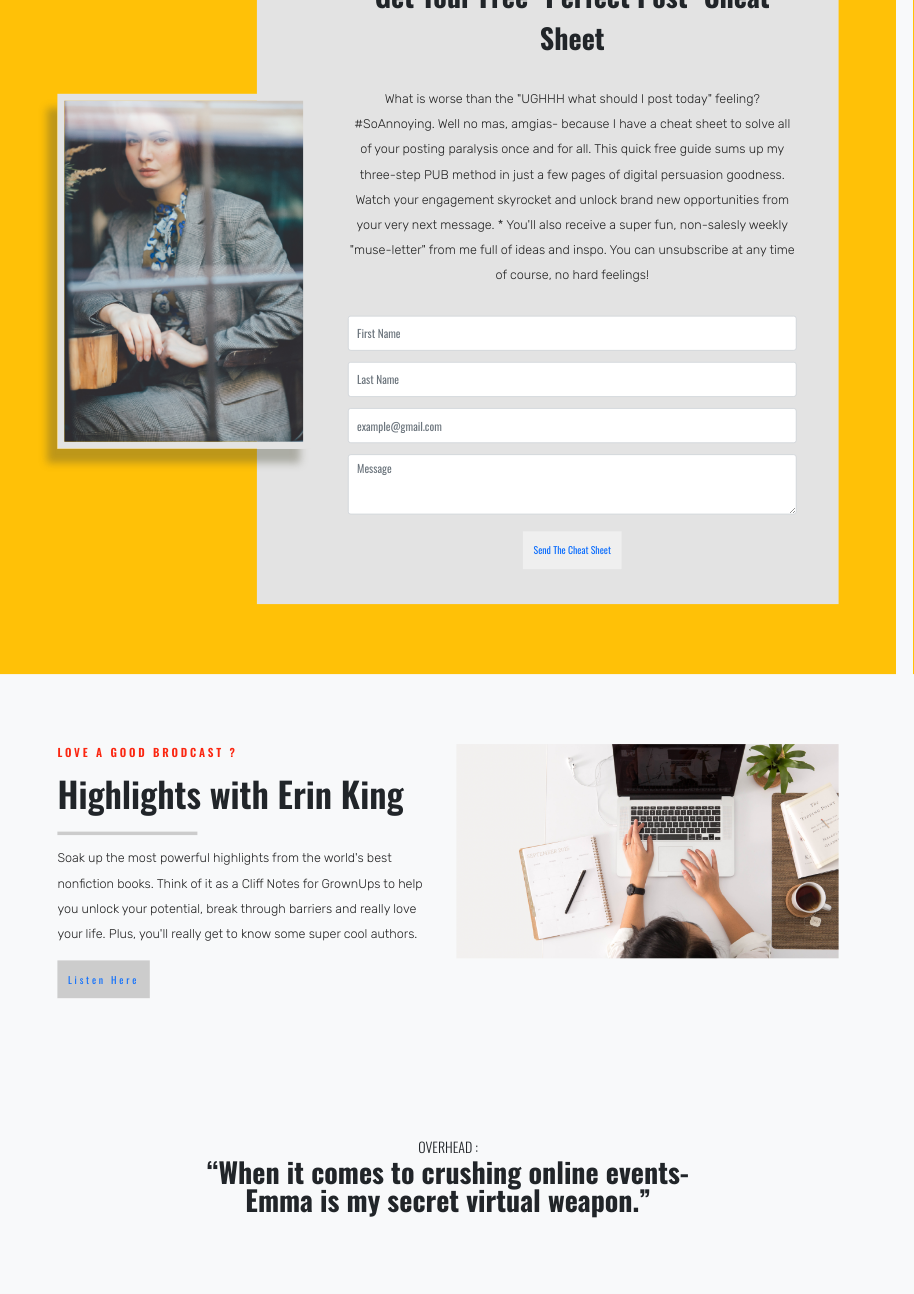
Repository: poroshrahman40/emma-watson-portfolio
Page: index.html
An editor plug-in stored every save of this project. The page is shown before and after a run of saves, followed by the edit.
The browser window is 1280 px wide. The page is 1305 px wide, so the pictures cover 1305 px, including what lies to the right of the window. The pictures show the part of the page from y = 4580 to 6460 px (the page is 6428 px tall before and 6460 px after), at 70% of full size.
Some web fonts or font styles are not loaded; a fallback is used.

Above is the page before, as saved 2021-12-08 02:06:23.

### index.html

<!DOCTYPE html>
<html lang="en">
    <head>

        <meta charset="UTF-8">
        <meta name="viewport" content="width=device-width, initial-scale=1, shrink-to-fit=no">
        <title>Document</title>

        <!-- favicon -->
        <link rel="shortcut icon" type="image/hair-specialist-fav-icon" href="#">
        <!-- animate.min - css -->
        <link rel="stylesheet" href="assets/css/animate.css">
        <!-- animate - css -->
        <link rel="stylesheet" href="assets/css/animate.min.css">
        <!-- owl.carousel.min - css -->
        <link rel="stylesheet" href="assets/css/owl.carousel.min.css">
        <!-- owl.theme.default.min - css -->
        <link rel="stylesheet" href="assets/css/owl.theme.default.min.css">
        <!-- font-awesome all.css -->
        <link rel="stylesheet" href="assets/css/fontawesome-all.css">
        <!-- boxicons.css -->
        <link rel='stylesheet' href="assets/css/boxicons.min.css">
        <link href='https://unpkg.com/boxicons@2.1.1/css/boxicons.min.css' rel='stylesheet'>
        <!-- bootstrap.min - css -->
        <link rel="stylesheet" href="assets/css/bootstrap.min.css">
        <!-- silk-css -->
        <link rel="stylesheet" href="assets/css/slick.css">
        <!-- slick-theme.css -->
        <link rel="stylesheet" href="assets/css/slick-theme.css">
        <!-- main - css -->
        <link rel="stylesheet" href="assets/css/style.css">
        <!-- responsive - css -->
        <link rel="stylesheet" href="assets/css/responsive.css">

    </head>

    <body>
    <!-- preloader start -->
    <!-- <div id="preloader"></div> -->
    <!-- preloader end -->

    <!-- header -start
    ================================== -->
    <header class="ew-main">
        <div class="ew__main__content">
            <div class="ew__nav">
                <div class="ew__logo__div">
                    <a href="https://ow-en.com" title="" class="nav__link ew__snlogo">
                    <img class="logo w-100" src="assets/image/logo-gif.gif" alt="logo-not-found"></a>
                </div>
                <div class="container">
                    <div class="mobile__toggle" ontouchstart="">
                        <div class="mobile__toggle__container">
                            <div class="mobile__open">
                            </div>
                            <div class="mobile__close"></div>
                        </div>
                    </div>
                    <div id="mob__menu" class="nav__mobile__container nav__mobile__container__default">
                        <div class="container-fluid">
                            <div class="row center">
                                <div class="col col__sm">
                                    <ul class="nav__list">
                                        <li class="nav__list-1">
                                            <a class="nav__link nav__link__selected nav__list__link" href="#">Home</a>
                                        </li>
                                        <li class="nav__list-2">
                                            <a class="nav__link nav__list__link" href="#">Books</a>
                                        </li>
                                        <li class="nav__list-3">
                                            <a class="nav__link nav__list__link" href="#">Info.</a>
                                        </li>
                                        <li class="nav__list-4">
                                            <a class="nav__link nav__list__link" href="#">Course</a>
                                            <!-- nav__link__selected -->
                                        </li>
                                    </ul>
                                </div>
                                <div class="col col__sm">
                                    <ul class="nav__list nav__list__rightaligned">
                                        <li class="nav__list-5">
                                            <a class="nav__link nav__list__link" href="#">Keyword</a>
                                        </li>
                                        <li class="nav__list-6">
                                            <a class="nav__link nav__list__link" href="#">Brodcast</a>
                                        </li>
                                        <li class="nav__list-7">
                                            <a class="nav__link nav__list__link" href="#">Contact</a>
                                        </li>
                                        <li class="nav__list-8">
                                            <a class="nav__link nav__list__link" href="#">Blog</a>
                                        </li>
                                    </ul>
                                </div>
                            </div>
                        </div>
                    </div>
                </div>
            </div>
            <!-- <div class="content">
                <h1>A very simple responsive menu with the logo in the middle</h1>
              <h2>Feel free to use this menu however you'd like. No need to give credit. However, please <strong><a href="https://ow-en.com">consider hiring me :)</strong></h2>
            </div> -->
        </div>
    </header>
    <!-- Banner section - start
    ================================ -->


        <div id="ew-banner" class="ew-banner">
            <div class="container">
                <div class="row">
                    <div class="col-lg-12 offset-1">
                        <div class="ew-hero-image">
                            <img src="assets/image/hero-image.png" alt="hero-image">
                        </div>
                        <div class="ew-hero-right-content">
                            <span> Hey,There</span>
                            <h4>Lorem ipsum, dolor sit amet consectetur adipisicing elit. Similique, aut.</h4>
                            <div class="ew-link d-flex mt-4">
                                <i class='bx bx-link fa-2x me-2'></i><a href="#"><p>See my motivational speach.You're Kind of a Big Deal: Level Up by Unlocking Your Audacity.</p></a>
                            </div>
                            <div class="ew-link d-flex">
                                <i class='bx bx-link fa-2x me-2'></i><a href="#"><p>See my motivational speach.You're Kind of a Big Deal: Level Up by Unlocking Your Audacity.</p></a>
                            </div>
                            <div class="ew-link d-flex mb-4">
                                <i class='bx bx-link fa-2x me-2'></i><a href="#"><p>See my motivational speach.You're Kind of a Big Deal: Level Up by Unlocking Your Audacity.</p></a>
                            </div>
                            <div class="ew-hero-right-btn">
                                <a href="#">See More About Me</a>
                            </div>
                        </div>
                    </div>
                </div>
            </div>
        </div>


<!-- Banner section - End
================================ -->

<!-- virtual-presentations - start
======================================== -->
    <section id="ew-virtual-presentation">
        <div class="container-fuild">
            <div class="row">
                <div class="col-lg-12 text-center">
                    <div class="ew-vairtul-content">
                        <h2 class="mb-40">Live and Virtual Presentations <br> That Rock </h2>
                        <p class="">Whether we're talking about the pulsing energy of a packed convention center or a virtual gathering, Erin will delight and wow your attendees with one of her two signature keynotes:&nbsp;<br><br>SALES/LEADERSHIP: Digital Persuasion- Ignite Your Influence&nbsp;<br>SUCCESS MINDSET: Big Deal Energy- Unlock Your Audacity&nbsp;<br><br>Both high-energy, motivational and story-packed with a clear takeaway method to be applied for immediate impact and tangible results.&nbsp;<br></p>
                        <div class="ew-virtual-btn mb-4">
                            <button><a href="#">View Emma's Fun Sizzel Reel</a></button>
                        </div>
                        <div class="ew-virtual-btn">
                            <button><a href="#">View Emma watson's RAW just The steak Speaking Reel</a></button>
                        </div>

                    </div>
                </div>
            </div>
        </div>
    </section>

<!-- virtual-presentations - End
========================================== -->

<!-- virtual keynotes - start
======================================== -->

<section id="ew-virtual-keynotes">
    <div class="container">
        <div class="row">
            <div class="col-lg-6">
                <div class="ew-virtual-vedio">
                    <img src="assets/image/keynotes-image.png" alt="keynotes-image">
                    <div class="keynotes-overlay ew-icon-position">
                        <a href="#"><i class='bx bx-play fa-2x' style='color:#e0e0e0'></i></a>
                    </div>
                </div>
            </div>
            <div class="col-lg-6 d-flex align-items-center">
                <div class="ew-keynotes-content ew-cm-span">
                    <span>Lorem ipsum dolor sit amet</span>
                    <h1>Lorem ipsum dolor sit amet consectetur Lorem ipsum dolor sit amet consectetur.</h1>
                    <p>Whether we're talking about your executive leadership team, your sales force, your internal marketing mavens or your entire organization- let's energize and inspire them to show up big. Because, let's be real, we all need to up our game these days to not just survive, but THRIVE.</p>
                    <button class="ew-keynotes-btn">
                        <a href="#">Describe More Now</a>
                    </button>
                </div>
            </div>
        </div>
    </div>
</section>

<!-- virtual keynotes - End
======================================== -->

<!-- Treat yourself - Start
======================================= -->
<section id="ew-treat-yourself">
    <div class="container">
        <div class="ew-img-row">
            <div class="row">
                <div class="col-lg-4 col-md-4 col-sm-12">
                    <img src="assets/image/treat-yourself.png" alt="treat-image">
                </div>
                <div class="col-lg-4 col-md-4 col-sm-12">
                    <img src="assets/image/treat-yourself-2.png" alt="treat-image">
                </div>
                <div class="col-lg-4 col-md-4 col-sm-12">
                    <img src="assets/image/treat-yourself-3.png" alt="treat-image">
                </div>
            </div>
        </div>
    </div>
    <div class="container-fuild">
        <div class="ew-treat-content">
            <div class="row">
                <div class="col-lg-12 text-center">
                    <div class="ew-treat-details">
                        <span>Lorem ipsum dolor sit amet consectetur <br> adipisicing elit. Nulla.</span>
                        <h1 class="mb-40">YES, TAKE ME FOR A SPA DAY <br> Treat Yourself to The Social Media Spa</h1>
                        <p class="se-t sie-spa_4-text st-m-paragraph st-d-paragraph se-rc">If you're a direct seller, entrepreneur or a professional looking to use social media more strategically, get ready to clarify your brand, detox your approach and refresh your messaging for massive impact. Never "not know what to type".If you're a direct seller, entrepreneur or a professional looking to use social media more strategically, get ready to clarify your brand, detox your approach and refresh your messaging for massive impact. Never "not know what to type" <i>ever</i> again.&nbsp;</p>
                        <div class="ew-treat-btn mb-4">
                            <button><a href="#">View Emma's Fun Sizzel Reel</a></button>
                        </div>
                    </div>
                </div>
            </div>
        </div>
    </div>
</section>


<!-- Treat yourself - End
========================================= -->
<!-- Cheat Sheet - start
======================================== -->

<section id="ew-get-cheat-sheet">
    <div class="container">
        <div class="row">
            <div class="col-lg-3 d-flex align-items-center justify-content-end">
                <div class="ew-cheat-sheet-image">
                    <img src="assets/image/cheet-seet-side-image.png" alt="image-not-found">
                </div>
            </div>
            <div class="col-lg-9 text-center">
                <div class="ew-cheat-sheet-card">
                    <div class="ew-offer-title mb-40">
                        <h1>Get Your Free "Perfect Post" Cheat Sheet</h1>
                    </div>
                    <p>What is worse than the "UGHHH what should I post today" feeling? #SoAnnoying. Well no mas, amgias- because I have a cheat sheet to solve all of your posting paralysis once and for all. This quick free guide sums up my three-step PUB method in just a few pages of digital persuasion goodness.
Watch your engagement skyrocket and unlock brand new opportunities from your very next message.
* You'll also receive a super fun, non-salesly weekly "muse-letter" from me full of ideas and inspo. You can unsubscribe at any time of course, no hard feelings! </p>

                    <div class="ew-cheet-seet-form text-start mt-40">
                        <div class="mb-3">
                            <!-- <label for="exampleFormControlInput1" class="form-label">First Name</label> -->
                            <input type="name" class="form-control" id="exampleFormControlInput1" placeholder="First Name">
                        </div>
                        <div class="mb-3">
                            <!-- <label for="exampleFormControlInput1" class="form-label">Last Name</label> -->
                            <input type="name" class="form-control" id="exampleFormControlInput1" placeholder="Last Name">
                        </div>
                        <div class="mb-3">
                            <!-- <label for="exampleFormControlInput1" class="form-label">Last Name</label> -->
                            <input type="email" class="form-control" id="exampleFormControlInput1" placeholder="example@gmail.com">
                        </div>
                        <div class="mb-3">
                            <!-- <label for="exampleFormControlTextarea1" class="form-label">Example textarea</label> -->
                            <textarea type="text" class="form-control" id="exampleFormControlTextarea1" placeholder="Message" rows="3"></textarea>
                        </div>
                        <div class="mt-4 text-center">
                            <button class="ew-cheat-sheet-btn">
                                <a href="#">Send The Cheat Sheet</a>
                            </button>
                        </div>
                    </div>
                </div>
            </div>
        </div>
    </div>

</section>

<!-- Cheat Sheet - end
======================================== -->
<!-- Good Podcast - Start
====================================== -->
<section>
    <div class="container">
        <div class="row">
            <div class="col-lg-6 col-md-6 col-sm-12">
                <div class="ew-podcast-content ew-cm-span">
                    <span>Love a good Brodcast ?</span>
                    <h1>Highlights with Erin King</h1>
                    <p>Soak up the most powerful highlights from the world's best nonfiction books. Think of it as a Cliff Notes for GrownUps to help you unlock your potential, break through barriers and really love your life. Plus, you'll really get to know some super cool authors. </p>
                </div>
                <button class="ew-podcast-btn">
                    <a href="#">Listen Here</a>
                </button>
            </div>
            <div class="col-lg-6 col-md-6 col-sm-12">
                <img src="assets/image/highlight-image.png" alt="highlight-image">
            </div>
        </div>
    </div>
</section>


<!-- Good Podcast - End
====================================== -->

<!-- Simple quotes - Start
====================================== -->
<section id="ew-quotes">
    <div class="container">
        <div class="col-lg-12">
            <div class="ew-quotes-items text-center justify-content-center">
                <span>overhead :</span>
                <h1>“When it comes to crushing online events-
                    Emma is my secret virtual weapon.”</h1>
            </div>
        </div>
    </div>
</section>

<!-- Simple quotes - End
====================================== -->

    <!-- footer section - Start
    ============================== -->




    <!-- Footer section - End
    ============================= -->



    <!-- jquery-3.5.0.min - js -->
    <script src="assets/js/jquery-3.5.0.min.js"></script>
    <!-- .magnific-popup -->
    <script src="assets/js/jquery.magnific-popup.min.js"></script>
    <!-- bootstrap.min - js -->
    <script src="assets/js/bootstrap.min.js"></script>
    <!-- bootstrap - bundle min.js -->
    <script src="assets/js/bootstrap.bundle.min.js"></script>
    <!-- bootstrap - bundl.js -->
    <script src="assets/js/bootstrap.bundle.js"></script>
    <!-- boxicons - js -->
    <script src="assets/js/boxicons.js"></script>
    <!-- popper.min - js -->
    <script src="assets/js/popper.min.js"></script>
    <!-- owl.carousel.min - js -->
    <script src="assets/js/owl.carousel.min.js"></script>
    <!-- wow.min - js -->
    <script src="assets/js/wow.min.js"></script>
    <!-- silk - js -->
    <script src="assets/js/slick.min.js"></script>
    <!-- main - js -->
    <script src="assets/js/main.js"></script>

</body>
</html>

Loaded but not shown: assets/css/animate.css (library); assets/css/animate.min.css (library); assets/css/owl.carousel.min.css (library); assets/css/owl.theme.default.min.css (common file); assets/css/fontawesome-all.css (library); assets/css/bootstrap.min.css (library); assets/css/slick.css (common file); assets/css/slick-theme.css (library); assets/js/jquery-3.5.0.min.js (library); assets/js/jquery.magnific-popup.min.js (library); assets/js/bootstrap.min.js (library); assets/js/bootstrap.bundle.min.js (library); assets/js/bootstrap.bundle.js (library); assets/js/popper.min.js (library); assets/js/owl.carousel.min.js (library); assets/js/wow.min.js (library); assets/js/slick.min.js (library); assets/js/main.js (14 lines, source omitted); assets/css/responsive.css (904 lines, source omitted); assets/css/style.css (685 lines, source omitted)

After the next 4 saves:
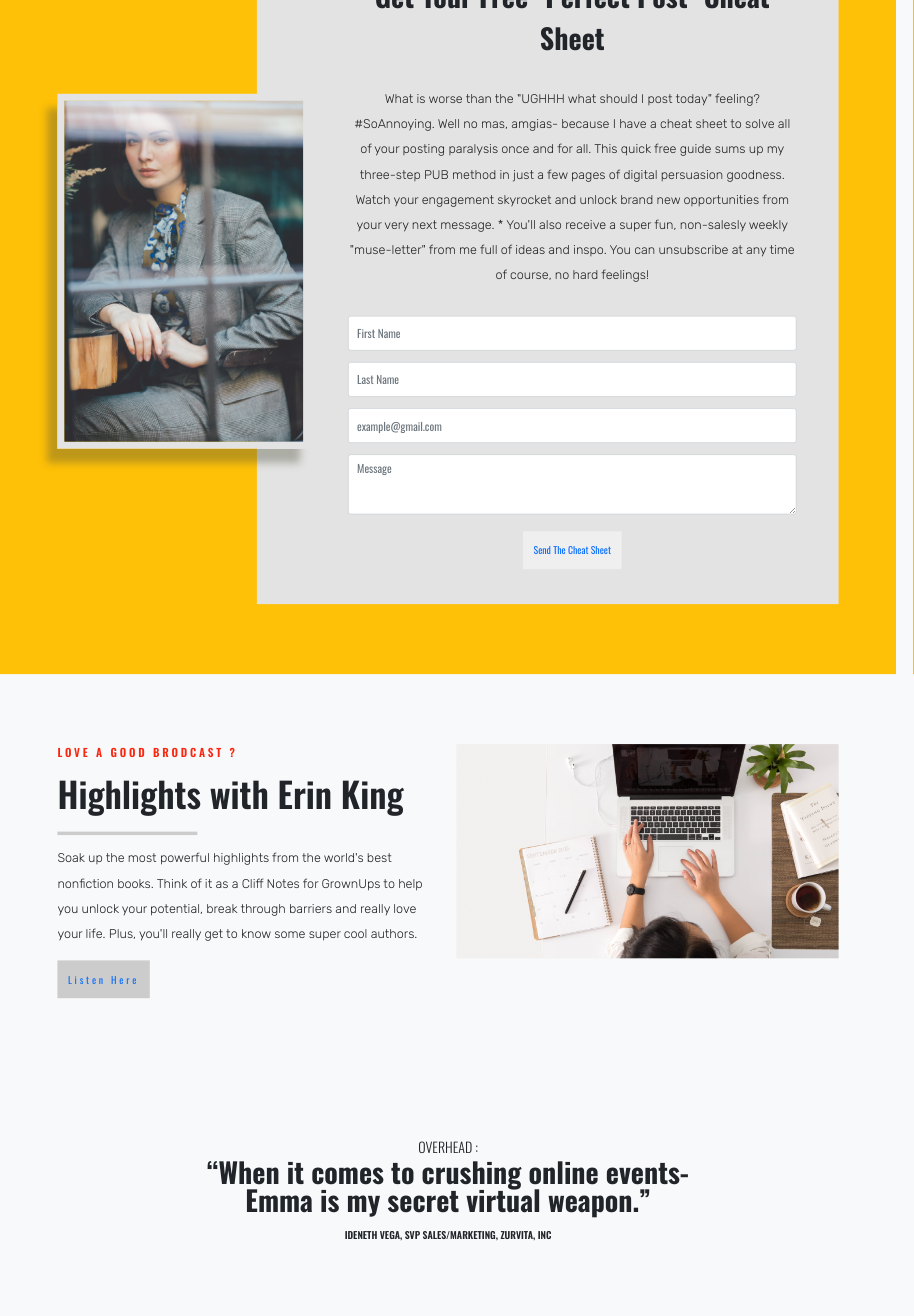
The 4 saves are shown as one change because they came seconds apart.
The last was saved 37 s later.
--- a/index.html
+++ b/index.html
@@ -322,6 +322,7 @@ Watch your engagement skyrocket and unlock brand new opportunities from your ver
                 <span>overhead :</span>
                 <h1>“When it comes to crushing online events-
                     Emma is my secret virtual weapon.”</h1>
+                <strong>IDENETH VEGA, SVP SALES/MARKETING, ZURVITA, INC</strong>
             </div>
         </div>
     </div>
